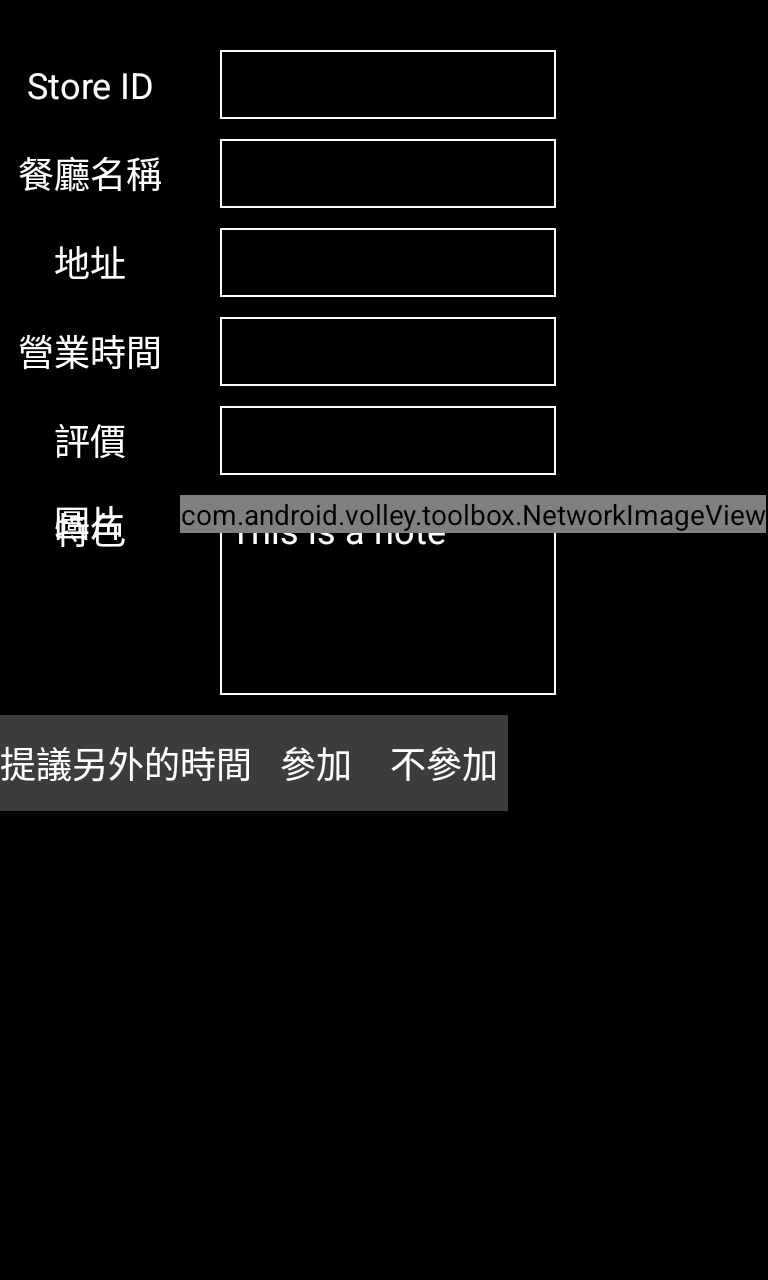
Repository: cnevinc/togather
Layout: GeorgeMe/res/layout/act_invatation.xml
An editor plug-in stored every save of this project. The layout is shown before and after a run of saves, followed by the edit.
Pictures or frames that could not be fetched are drawn as grey boxes. It is drawn on a 768 x 1280 px phone screen (xhdpi) without system bars, with theme android:Theme.Holo; the app's code is not run.

Above is the layout before, as saved 2014-07-27 01:00:36.

### GeorgeMe/res/layout/act_invatation.xml
<?xml version="1.0" encoding="utf-8"?>
<RelativeLayout xmlns:android="http://schemas.android.com/apk/res/android"
    android:layout_width="match_parent"
    android:layout_height="match_parent"
    android:background="#000000"
    android:orientation="vertical" >

    <ScrollView
        android:layout_width="fill_parent"
        android:layout_height="wrap_content"
        android:layout_below="@+id/ll1"
        android:layout_centerHorizontal="true"
        android:layout_marginTop="15dp"
        android:fillViewport="true" >

        <RelativeLayout
            android:id="@+id/rel_r3"
            android:layout_width="fill_parent"
            android:layout_height="wrap_content" >

            <RelativeLayout
                android:id="@+id/rel_r1"
                android:layout_width="wrap_content"
                android:layout_height="wrap_content"
                android:layout_centerHorizontal="true"
                android:layout_marginTop="10dp"
                android:gravity="center|top" >

                <LinearLayout
                    android:id="@+id/lin_l1"
                    android:layout_width="wrap_content"
                    android:layout_height="wrap_content"
                    android:orientation="horizontal" >

                    <TextView
                        android:layout_width="90dp"
                        android:layout_height="wrap_content"
                        android:gravity="center"
                        android:text="Store ID"
                        android:textAppearance="?android:attr/textAppearanceMedium"
                        android:textColor="#ffffff" />

                    <EditText
                        android:id="@+id/et_store_id"
                        android:layout_width="wrap_content"
                        android:layout_height="wrap_content"
                        android:layout_marginLeft="20dp"
                        android:background="@drawable/edittext_border"
                        android:ems="8"
                        android:padding="5dp"
                        android:textColor="#ffffff" />
                </LinearLayout>

                <LinearLayout
                    android:id="@+id/lin_l2"
                    android:layout_width="wrap_content"
                    android:layout_height="wrap_content"
                    android:layout_below="@id/lin_l1"
                    android:layout_marginTop="10dp"
                    android:orientation="horizontal" >

                    <TextView
                        android:layout_width="90dp"
                        android:layout_height="wrap_content"
                        android:gravity="center"
                        android:text="餐廳名稱"
                        android:textAppearance="?android:attr/textAppearanceMedium"
                        android:textColor="#ffffff" />

                    <EditText
                        android:id="@+id/et_brand"
                        android:layout_width="wrap_content"
                        android:layout_height="wrap_content"
                        android:layout_marginLeft="20dp"
                        android:background="@drawable/edittext_border"
                        android:ems="8"
                        android:padding="5dp"
                        android:textColor="#ffffff" />
                </LinearLayout>

                <LinearLayout
                    android:id="@+id/lin_l3"
                    android:layout_width="wrap_content"
                    android:layout_height="wrap_content"
                    android:layout_below="@id/lin_l2"
                    android:layout_marginTop="10dp"
                    android:orientation="horizontal" >

                    <TextView
                        android:layout_width="90dp"
                        android:layout_height="wrap_content"
                        android:gravity="center"
                        android:text="地址"
                        android:textAppearance="?android:attr/textAppearanceMedium"
                        android:textColor="#ffffff" />

                    <EditText
                        android:id="@+id/et_model"
                        android:layout_width="wrap_content"
                        android:layout_height="wrap_content"
                        android:layout_marginLeft="20dp"
                        android:background="@drawable/edittext_border"
                        android:ems="8"
                        android:padding="5dp"
                        android:textColor="#ffffff" />
                </LinearLayout>

                <LinearLayout
                    android:id="@+id/lin_l4"
                    android:layout_width="wrap_content"
                    android:layout_height="wrap_content"
                    android:layout_below="@id/lin_l3"
                    android:layout_marginTop="10dp"
                    android:orientation="horizontal" >

                    <TextView
                        android:layout_width="90dp"
                        android:layout_height="wrap_content"
                        android:gravity="center"
                        android:text="營業時間"
                        android:textAppearance="?android:attr/textAppearanceMedium"
                        android:textColor="#ffffff" />

                    <EditText
                        android:id="@+id/et_os"
                        android:layout_width="wrap_content"
                        android:layout_height="wrap_content"
                        android:layout_marginLeft="20dp"
                        android:background="@drawable/edittext_border"
                        android:ems="8"
                        android:padding="5dp"
                        android:textColor="#ffffff" />
                </LinearLayout>

                <LinearLayout
                    android:id="@+id/lin_l5"
                    android:layout_width="wrap_content"
                    android:layout_height="wrap_content"
                    android:layout_below="@id/lin_l4"
                    android:layout_marginTop="10dp"
                    android:orientation="horizontal" >

                    <TextView
                        android:layout_width="90dp"
                        android:layout_height="wrap_content"
                        android:gravity="center"
                        android:text="評價"
                        android:textAppearance="?android:attr/textAppearanceMedium"
                        android:textColor="#ffffff" />

                    <EditText
                        android:id="@+id/et_date"
                        android:layout_width="wrap_content"
                        android:layout_height="wrap_content"
                        android:layout_marginLeft="20dp"
                        android:background="@drawable/edittext_border"
                        android:ems="8"
                        android:padding="5dp"
                        android:textColor="#ffffff" />
                </LinearLayout>

                <LinearLayout
                    android:id="@+id/lin_l6"
                    android:layout_width="wrap_content"
                    android:layout_height="wrap_content"
                    android:layout_below="@id/lin_l5"
                    android:layout_marginTop="10dp"
                    android:orientation="horizontal" >

                    <TextView
                        android:layout_width="90dp"
                        android:layout_height="wrap_content"
                        android:gravity="center"
                        android:text="特色"
                        android:textAppearance="?android:attr/textAppearanceMedium"
                        android:textColor="#ffffff" />

                    <EditText
                        android:id="@+id/et_notes"
                        android:layout_width="wrap_content"
                        android:layout_height="100dp"
                        android:layout_marginLeft="20dp"
                        android:background="@drawable/edittext_border"
                        android:ems="8"
                        android:gravity="left|top"
                        android:padding="5dp"
                        android:text="This is a note"
                        android:textColor="#ffffff" />
                </LinearLayout>

                <LinearLayout
                    android:layout_width="wrap_content"
                    android:layout_height="wrap_content"
                    android:layout_below="@id/lin_l5"
                    android:layout_marginTop="10dp"
                    android:orientation="horizontal" >

                    <TextView
                        android:layout_width="90dp"
                        android:layout_height="wrap_content"
                        android:gravity="center"
                        android:text="圖片"
                        android:textAppearance="?android:attr/textAppearanceMedium"
                        android:textColor="#ffffff" />

                    <com.android.volley.toolbox.NetworkImageView
                        xmlns:app="http://schemas.android.com/apk/res-auto"
                        android:id="@+id/thumbail"
                        android:layout_width="wrap_content"
                        android:layout_height="wrap_content"
                        android:layout_centerVertical="true"
                        android:background="@drawable/ic_launcher" />
                </LinearLayout>

                <LinearLayout
                    android:id="@+id/lin_l7"
                    android:layout_width="fill_parent"
                    android:layout_height="wrap_content"
                    android:layout_below="@id/lin_l6"
                    android:layout_marginTop="10dp"
                    android:orientation="horizontal" >

                    <Button
                        android:id="@+id/btn_p"
                        android:layout_width="wrap_content"
                        android:layout_height="wrap_content"
                        android:background="#3c3c3c"
                        android:text="提議另外的時間"
                        android:textAppearance="?android:attr/textAppearanceMedium"
                        android:textColor="#ffffff" />

                    <Button
                        android:id="@+id/btn_ok"
                        android:layout_width="wrap_content"
                        android:layout_height="wrap_content"
                        android:background="#3c3c3c"
                        android:text="參加"
                        android:textAppearance="?android:attr/textAppearanceMedium"
                        android:textColor="#ffffff" />

                    <Button
                        android:id="@+id/btn_cancel"
                        android:layout_width="wrap_content"
                        android:layout_height="wrap_content"
                        android:background="#3c3c3c"
                        android:text="不參加"
                        android:textAppearance="?android:attr/textAppearanceMedium"
                        android:textColor="#ffffff" />
                </LinearLayout>
            </RelativeLayout>
        </RelativeLayout>
    </ScrollView>

</RelativeLayout>

### GeorgeMe/res/drawable/edittext_border.xml
<?xml version="1.0" encoding="utf-8"?>
<shape xmlns:android="http://schemas.android.com/apk/res/android"
    android:shape="rectangle" >

    <solid android:color="#000000" />

    <stroke
        android:width="2px"
        android:color="#FFFFFF" />

</shape>

After the next 6 saves:
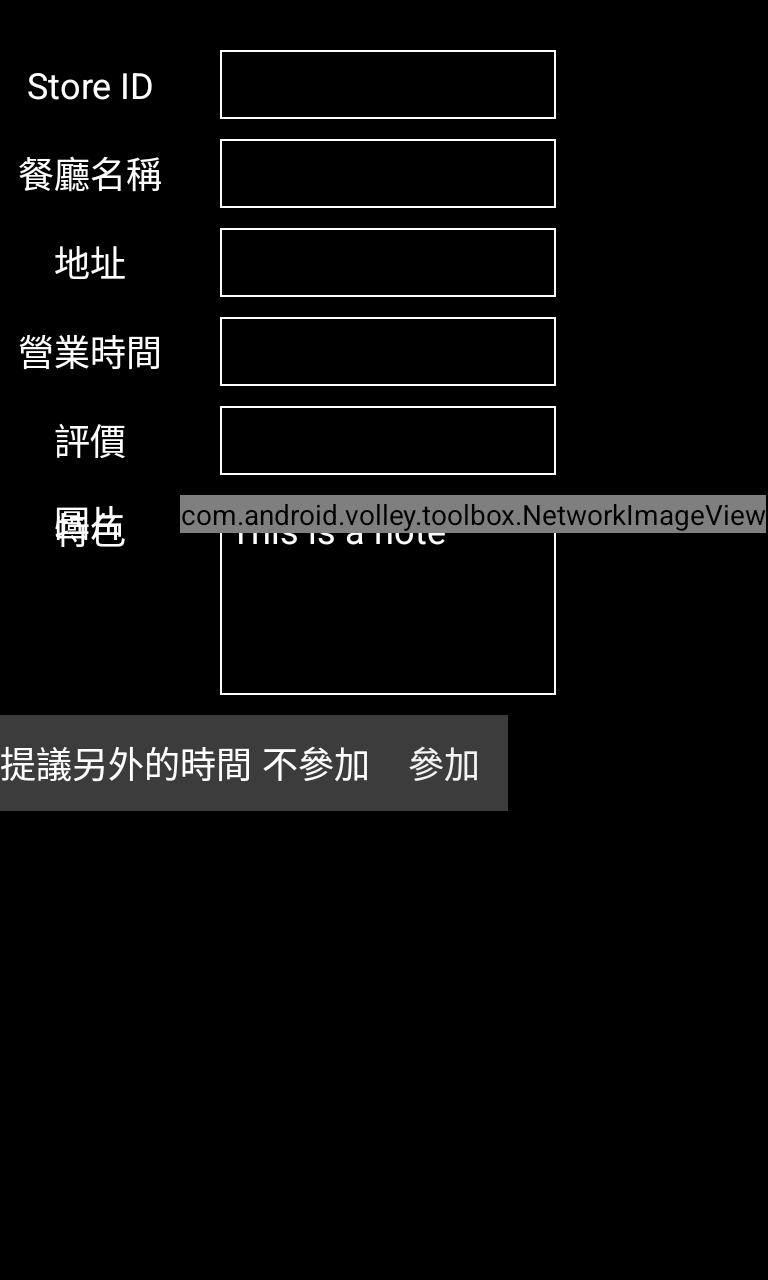
The 6 saves are shown as one change because 4 did not build or start and some came seconds apart.
The last was saved 2 min 39 s later.
--- a/GeorgeMe/res/layout/act_invatation.xml
+++ b/GeorgeMe/res/layout/act_invatation.xml
@@ -213,7 +213,7 @@
                 </LinearLayout>
 
                 <LinearLayout
-                    android:id="@+id/lin_l7"
+                    android:id="@+id/lin　"
                     android:layout_width="fill_parent"
                     android:layout_height="wrap_content"
                     android:layout_below="@id/lin_l6"
@@ -230,22 +230,21 @@
                         android:textColor="#ffffff" />
 
                     <Button
+                        android:id="@+id/btn_cancel"
+                        android:layout_width="wrap_content"
+                        android:layout_height="wrap_content"
+                        android:background="#3c3c3c"
+                        android:text="不參加"
+                        android:textAppearance="?android:attr/textAppearanceMedium"
+                        android:textColor="#ffffff" />
+
+                    <Button
                         android:id="@+id/btn_ok"
                         android:layout_width="wrap_content"
                         android:layout_height="wrap_content"
                         android:background="#3c3c3c"
                         android:text="參加"
-                        android:textAppearance="?android:attr/textAppearanceMedium"
-                        android:textColor="#ffffff" />
-
-                    <Button
-                        android:id="@+id/btn_cancel"
-                        android:layout_width="wrap_content"
-                        android:layout_height="wrap_content"
-                        android:background="#3c3c3c"
-                        android:text="不參加"
-                        android:textAppearance="?android:attr/textAppearanceMedium"
-                        android:textColor="#ffffff" />
+                        android:textAppearance="?android:attr/textAppearanceMedium"></Button>
                 </LinearLayout>
             </RelativeLayout>
         </RelativeLayout>
